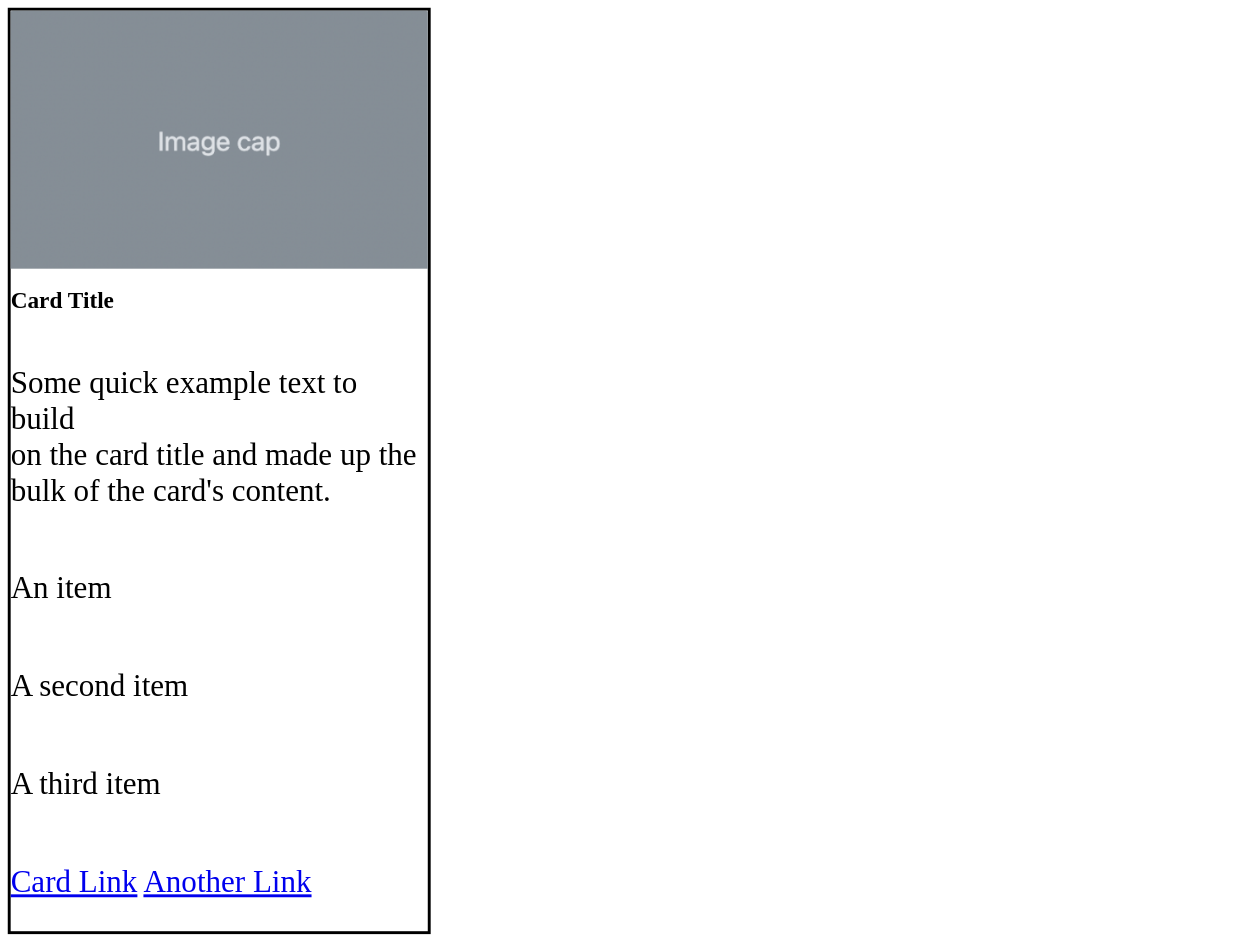
Repository: tr2cky/nav
Page: card.html
The author's editor kept a copy of each file at every save. The page is drawn from the files as they stood at one save, then again after the next save.
The browser window is 1280 px wide. The pictures show the whole page, at 97% of full size.

Above is the page before, as saved 2022-09-27 16:08:08.

### card.html
<!DOCTYPE html>
<html lang="en">

<head>
    <meta charset="UTF-8">
    <meta http-equiv="X-UA-Compatible" content="IE=edge">
    <meta name="viewport" content="width=device-width, initial-scale=1.0">
    <title>Document</title>
    <link rel="stylesheet" href="style.css">
</head>

<body>
    <article class="container">
        <img src="imagecap.png"  alt="Image Cap">
        <h2>Card Title</h2>
        <p>Some quick example text to build <br>
            on the card title and made up the <br>
            bulk of the card's content.</p>
        <p>An item</p>
        <p>A second item</p>
        <p>A third item</p>
        <p><a href="https://google.com">Card Link</a> <a href="https://twitter.com">Another Link</a></p>
    </article>
</body>

</html>

### style.css
.container {
    display: flex;
    flex-direction: column;
    border: 3px solid black;
    max-width: 430px;
}
.container > img {
    width: 430px;
}
.container > p {
    font-size: 2rem;
}

After the next save:
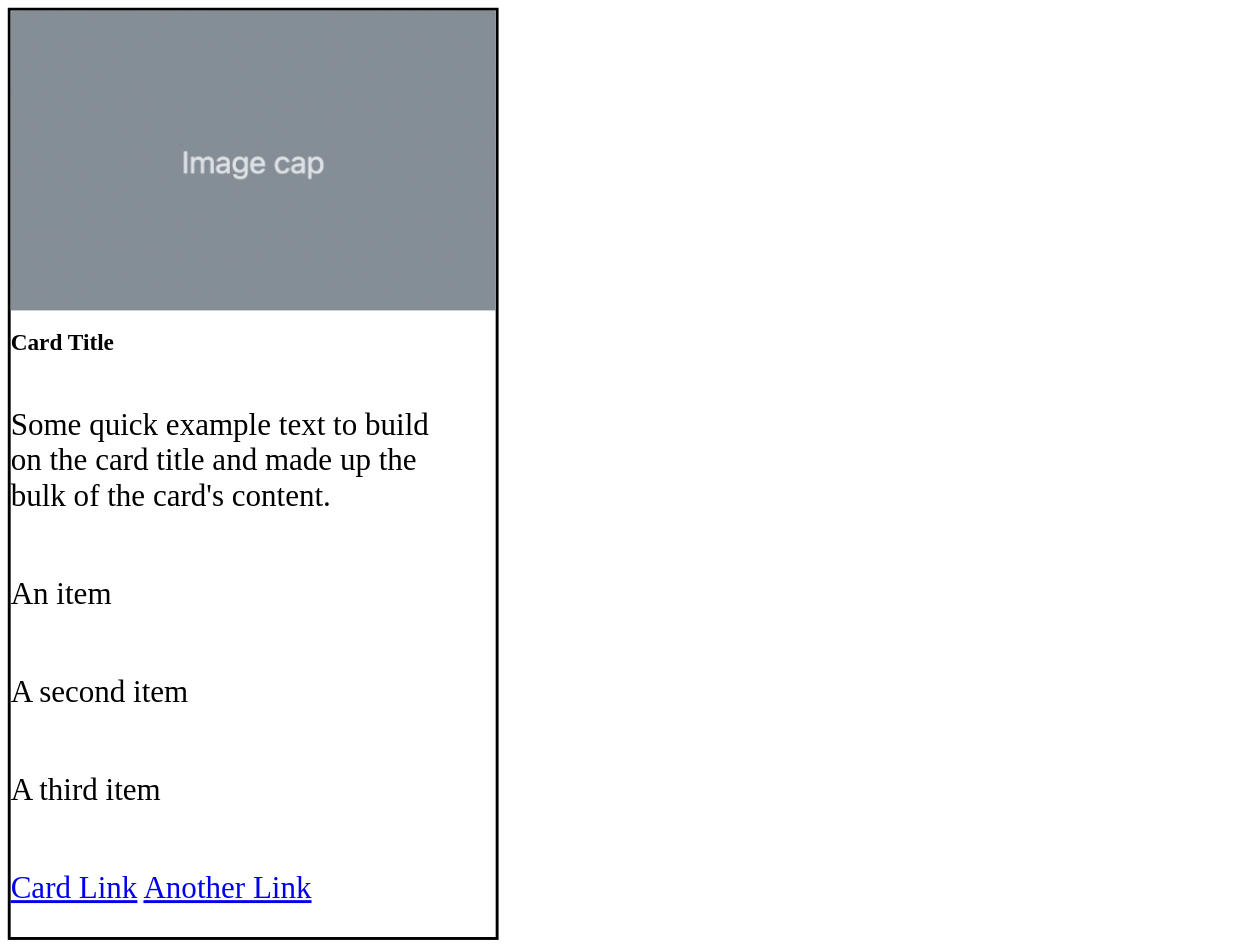
Saved 26 s later.
--- a/style.css
+++ b/style.css
@@ -2,10 +2,10 @@
     display: flex;
     flex-direction: column;
     border: 3px solid black;
-    max-width: 430px;
+    max-width: 500px;
 }
 .container > img {
-    width: 430px;
+    width: 500px;
 }
 .container > p {
     font-size: 2rem;
